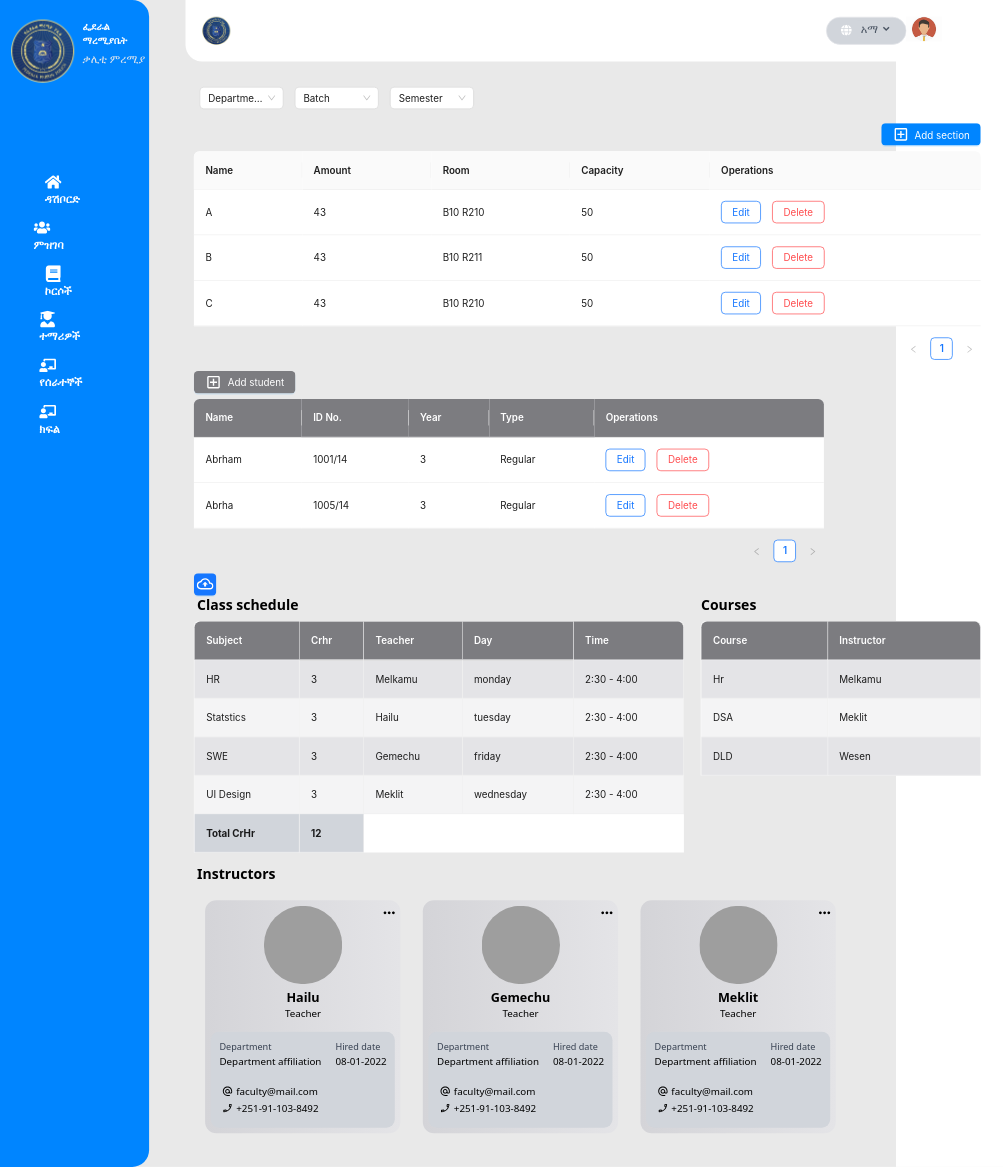
Repository: Yigoya/federal-prison-education-ms-frontend
Page: /classroom, after clicking the first element matching `td.ant-table-cell > a`
These files come from the project's save history. The page is drawn as it stood at one moment and after a run of saves; the edit follows.
The browser window is 1280 px wide. The page is 1433 px wide, so the pictures cover 1433 px, including what lies to the right of the window. The pictures show the whole page, at 70% of full size.
Pictures or frames that could not be fetched are drawn as grey boxes. The project was rebuilt for these pictures with package versions that can differ from the ones it lists, and the page was loaded fresh each time. Also part of the build but not shown: vite.config.js, src/pages/DashBoard.jsx, src/pages/Courses.jsx, src/layout/AuthLayout.jsx, src/pages/Login.jsx, src/pages/Teachers.jsx, src/pages/StudentRegistration.jsx, src/components/classroom/ComboBox.jsx and 1 more. Imported but missing from the stored project, and not drawn on this page: src/pages/Students.

Above is the page before, as saved 2024-07-05 15:41:44.

After the next 2 saves:
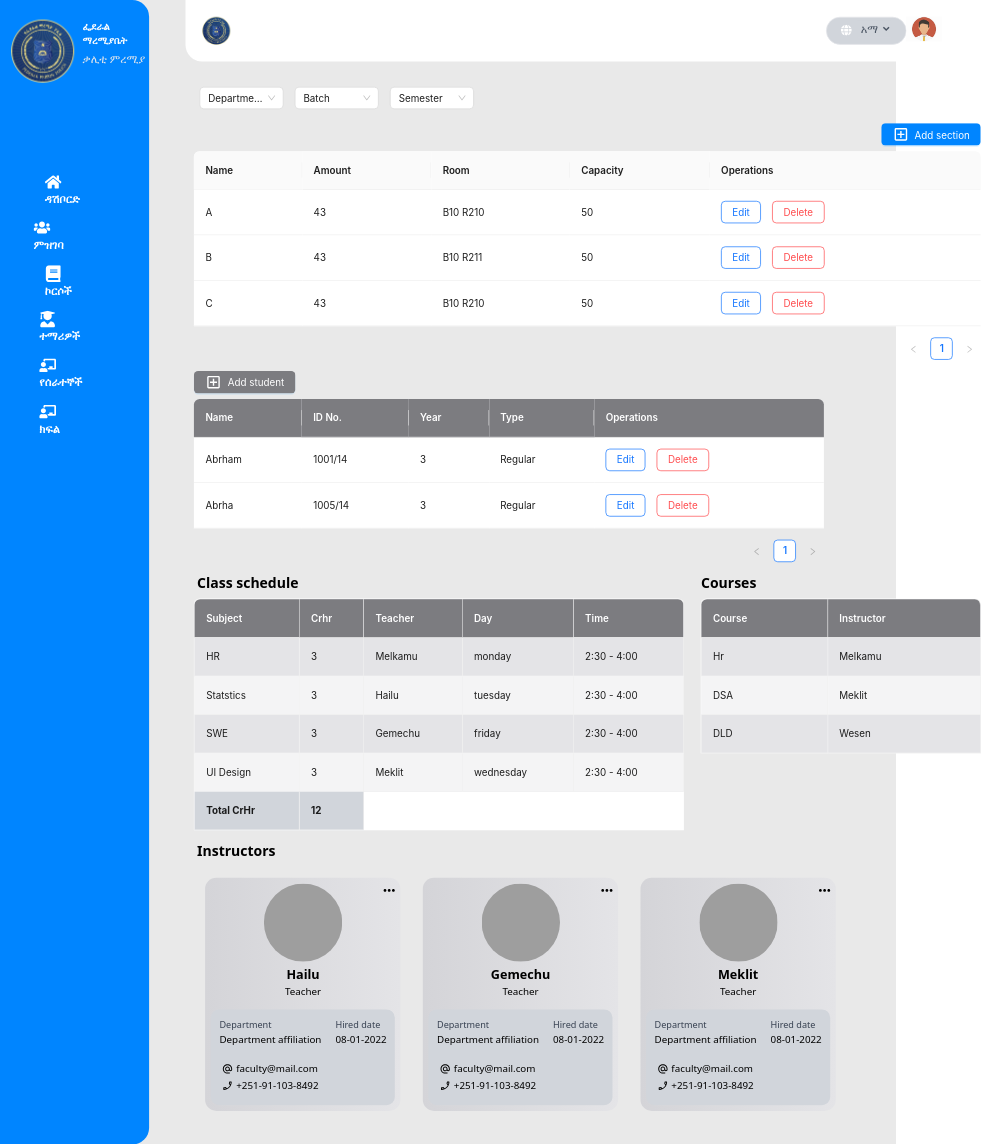
The 2 saves are shown as one change because they came seconds apart.
The last was saved 21 s later.
--- a/src/components/classroom/SectionsTable.jsx
+++ b/src/components/classroom/SectionsTable.jsx
@@ -58,7 +58,6 @@
       {activeSection && (
         <div>
           <StudentsTable section={activeSection} />
-          <UploadCenter />
           <div className="flex gap-3">
             <ClassSchedule /> <br />
             <CoursesList />

After the 3 saves that followed:
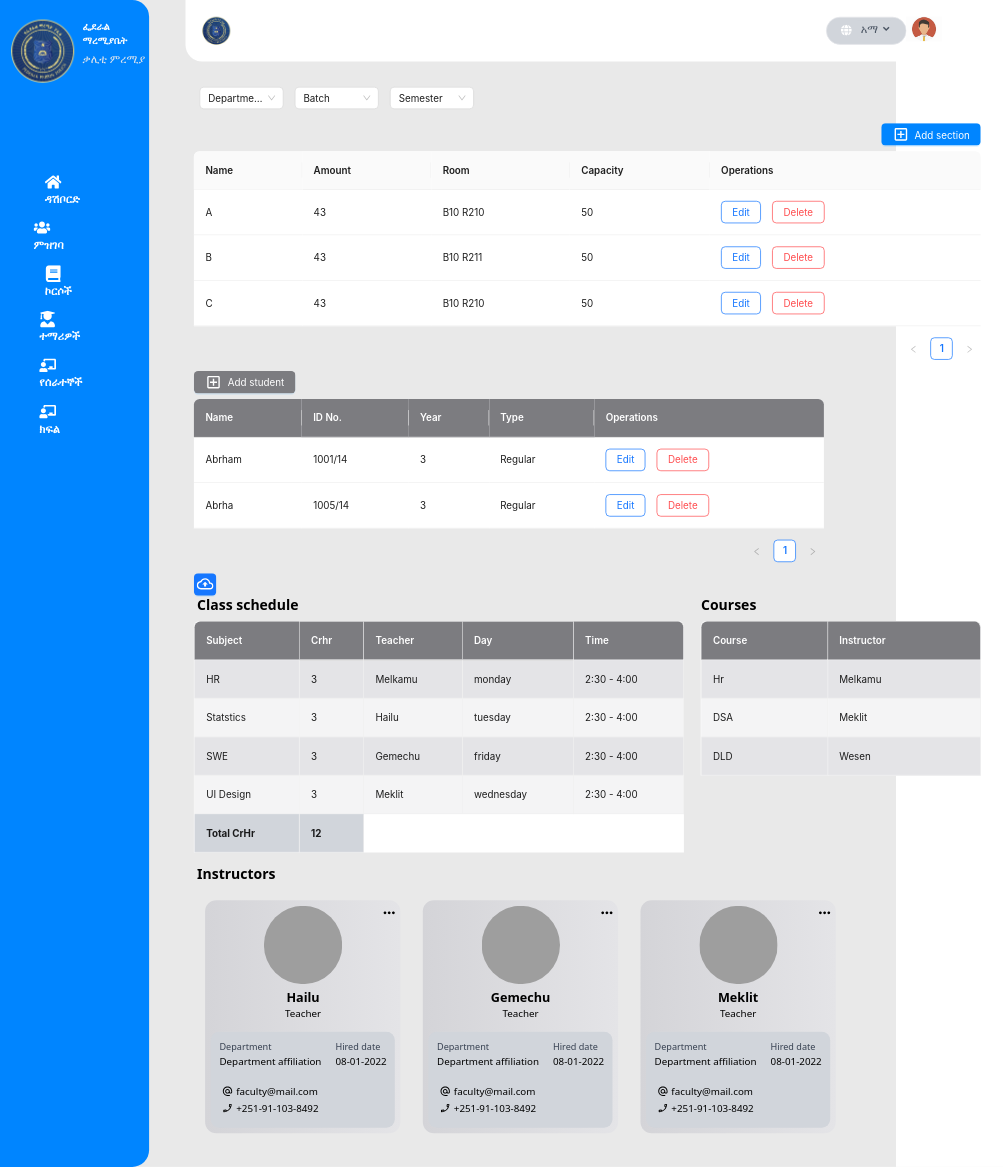
The 3 saves are shown as one change because 1 did not build or start and 1 left the picture as it was.
The last was saved 119 s later.
--- a/src/components/classroom/SectionsTable.jsx
+++ b/src/components/classroom/SectionsTable.jsx
@@ -58,6 +58,7 @@
       {activeSection && (
         <div>
           <StudentsTable section={activeSection} />
+          <UploadCenter />
           <div className="flex gap-3">
             <ClassSchedule /> <br />
             <CoursesList />
